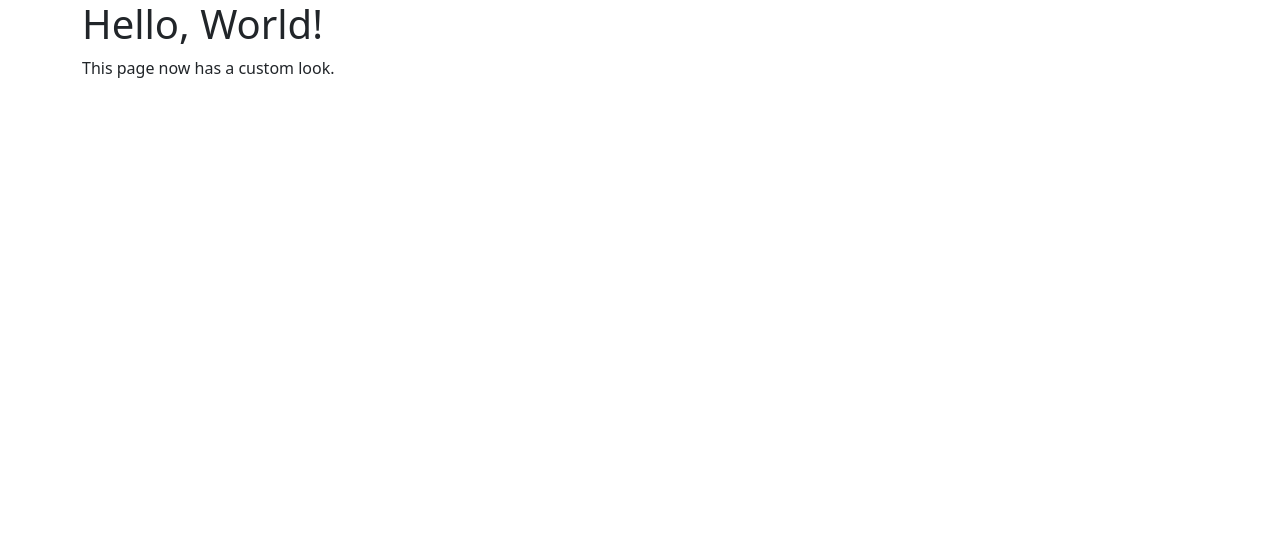
Repository: cameron-mendoza21/Game-Awards24-Fun
Page: http://localhost/
An editor plug-in stored every save of this project. The page is shown before and after the next save, followed by the edit.
The browser window is 1280 px wide. The pictures show the whole page.
The page is served by the project's Node server (index.js).

Above is the page before, as saved 2024-11-19 22:05:57.

After the next save:
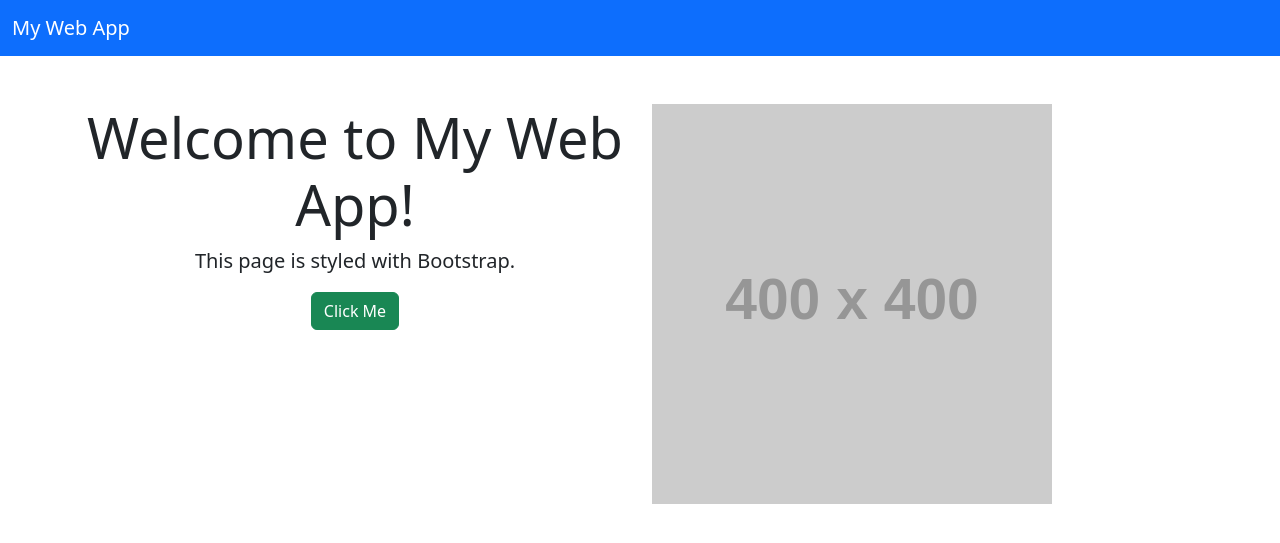
Saved 49 s later.
--- a/views/index.ejs
+++ b/views/index.ejs
@@ -3,18 +3,34 @@
 <head>
     <meta charset="UTF-8">
     <meta name="viewport" content="width=device-width, initial-scale=1.0">
-    <title><%= title %></title>
-    <!-- Bootstrap CSS -->
+    <title>Styled with Bootstrap</title>
     <link href="https://cdn.jsdelivr.net/npm/bootstrap@5.3.0/dist/css/bootstrap.min.css" rel="stylesheet">
-
-
 </head>
 <body>
-    <div class="container">
-        <h1><%= message %></h1>
-        <p>This page now has a custom look.</p>
+    <!-- Navbar (Optional) -->
+    <nav class="navbar navbar-expand-lg navbar-dark bg-primary">
+        <div class="container-fluid">
+            <a class="navbar-brand" href="#">My Web App</a>
+        </div>
+    </nav>
+
+    <!-- Main Content -->
+    <div class="container mt-5">
+        <div class="row">
+            <div class="col-lg-6">
+                <h1 class="display-4 text-center">Welcome to My Web App!</h1>
+                <p class="lead text-center">This page is styled with Bootstrap.</p>
+                <p class="text-center">
+                    <button class="btn btn-success">Click Me</button>
+                </p>
+            </div>
+            <div class="col-lg-6">
+                <img src="https://via.placeholder.com/400" class="img-fluid" alt="Placeholder Image">
+            </div>
+        </div>
     </div>
-    <!-- Bootstrap JS Bundle (includes Popper.js) -->
-<script src="https://cdn.jsdelivr.net/npm/bootstrap@5.3.0/dist/js/bootstrap.bundle.min.js"></script>
+
+    <!-- Optional: Bootstrap JS -->
+    <script src="https://cdn.jsdelivr.net/npm/bootstrap@5.3.0/dist/js/bootstrap.bundle.min.js"></script>
 </body>
 </html>
